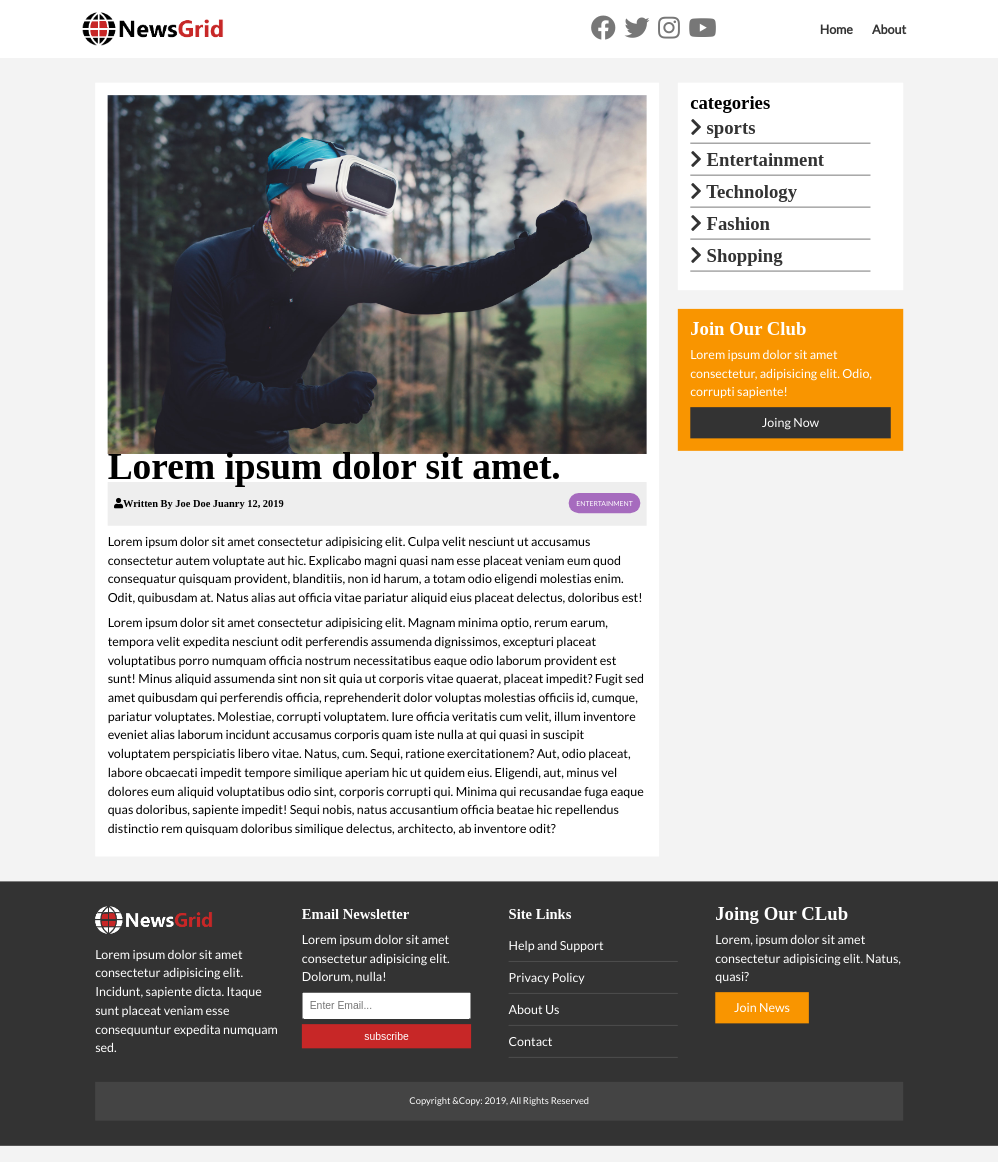
Repository: EswinGiova/NewsGrid
Page: article.html
These files come from the project's save history. The page is drawn as it stood at one moment and after the next save; the edit follows.
The browser window is 1280 px wide. The pictures show the whole page, at 78% of full size.
Some web libraries are served in a nearby version.

Above is the page before, as saved 2020-09-21 17:47:53.

### article.html
<!DOCTYPE html>
<html lang="en">
  <head>
    <meta charset="UTF-8" />
    <meta name="viewport" content="width=device-width, initial-scale=1.0" />
    <link rel="shortcut icon" type="image/x-icon" href="favicon.ico" />
    <link
      href="https://fonts.googleapis.com/css2?family=Lato&family=Staatliches&display=swap"
      rel="stylesheet"
    />
    <link rel="stylesheet" href="./css/style.css" />
    <link
      rel="stylesheet"
      media="screen and (max-width: 768px)"
      href="./css/mobile.css"
    />

    <link
      rel="stylesheet"
      href="https://cdnjs.cloudflare.com/ajax/libs/font-awesome/5.14.0/css/all.min.css"
      integrity="sha512-1PKOgIY59xJ8Co8+NE6FZ+LOAZKjy+KY8iq0G4B3CyeY6wYHN3yt9PW0XpSriVlkMXe40PTKnXrLnZ9+fkDaog=="
      crossorigin="anonymous"
    />

    <title>NewsGrid | Latest News</title>
  </head>
  <body>
    <nav id="main-nav">
      <div class="container">
        <img src="./image_resources/logo.png" alt="" class="logo" />
        <div class="social">
          <a href="#" target="_blank"><i class="fab fa-facebook fa-2x"></i></a>
          <a href="#" target="_blank"><i class="fab fa-twitter fa-2x"></i></a>
          <a href="#" target="_blank"><i class="fab fa-instagram fa-2x"></i></a>
          <a href="#" target="_blank"><i class="fab fa-youtube fa-2x"></i></a>
        </div>
        <ul>
          <li><a href="./index.html">Home</a></li>
          <li><a href="./about.html">About </a></li>
        </ul>
      </div>
    </nav>

    <section id="article">
      <div class="container">
        <div class="page-container">
          <article class="card">
            <img src="./image_resources/articles/ent1.jpg" alt="" />
            <h1 class="l-heading">Lorem ipsum dolor sit amet.</h1>
            <div class="meta">
              <small>
                <i class="fas fa-user">Written By Joe Doe Juanry 12, 2019</i>
              </small>
              <div class="category category-ent">Entertainment</div>
            </div>
            <p>
              Lorem ipsum dolor sit amet consectetur adipisicing elit. Culpa
              velit nesciunt ut accusamus consectetur autem voluptate aut hic.
              Explicabo magni quasi nam esse placeat veniam eum quod consequatur
              quisquam provident, blanditiis, non id harum, a totam odio
              eligendi molestias enim. Odit, quibusdam at. Natus alias aut
              officia vitae pariatur aliquid eius placeat delectus, doloribus
              est!
            </p>
            <p>
              Lorem ipsum dolor sit amet consectetur adipisicing elit. Magnam
              minima optio, rerum earum, tempora velit expedita nesciunt odit
              perferendis assumenda dignissimos, excepturi placeat voluptatibus
              porro numquam officia nostrum necessitatibus eaque odio laborum
              provident est sunt! Minus aliquid assumenda sint non sit quia ut
              corporis vitae quaerat, placeat impedit? Fugit sed amet quibusdam
              qui perferendis officia, reprehenderit dolor voluptas molestias
              officiis id, cumque, pariatur voluptates. Molestiae, corrupti
              voluptatem. Iure officia veritatis cum velit, illum inventore
              eveniet alias laborum incidunt accusamus corporis quam iste nulla
              at qui quasi in suscipit voluptatem perspiciatis libero vitae.
              Natus, cum. Sequi, ratione exercitationem? Aut, odio placeat,
              labore obcaecati impedit tempore similique aperiam hic ut quidem
              eius. Eligendi, aut, minus vel dolores eum aliquid voluptatibus
              odio sint, corporis corrupti qui. Minima qui recusandae fuga eaque
              quas doloribus, sapiente impedit! Sequi nobis, natus accusantium
              officia beatae hic repellendus distinctio rem quisquam doloribus
              similique delectus, architecto, ab inventore odit?
            </p>
          </article>
          <aside id="categories" class="card">
            <h2>
              categories
              <ul class="list">
                <li>
                  <a href="#"><i class="fas fa-chevron-right"></i> sports </a>
                </li>
                <li>
                  <a href="#"
                    ><i class="fas fa-chevron-right"></i> Entertainment
                  </a>
                </li>
                <li>
                  <a href="#"
                    ><i class="fas fa-chevron-right"></i> Technology
                  </a>
                </li>
                <li>
                  <a href="#"><i class="fas fa-chevron-right"></i> Fashion </a>
                </li>
                <li>
                  <a href="#"><i class="fas fa-chevron-right"></i> Shopping </a>
                </li>
              </ul>
            </h2>
          </aside>
          <aside class="card bg-secondary">
            <h2>Join Our Club</h2>
            <p>
              Lorem ipsum dolor sit amet consectetur, adipisicing elit. Odio,
              corrupti sapiente!
            </p>
            <a href="#" class="btn btn-dark btn-block">Joing Now</a>
          </aside>
        </div>
      </div>
    </section>

    <!-- footer -->
    <footer id="main-footer" class="py-2">
      <div class="container footer-container">
        <div>
          <img src="./image_resources/logo_light.png" alt="news" />
          <p>
            Lorem ipsum dolor sit amet consectetur adipisicing elit. Incidunt,
            sapiente dicta. Itaque sunt placeat veniam esse consequuntur
            expedita numquam sed.
          </p>
        </div>
        <div>
          <h3>Email Newsletter</h3>
          <p>
            Lorem ipsum dolor sit amet consectetur adipisicing elit. Dolorum,
            nulla!
          </p>
          <form>
            <input type="email" placeholder="Enter Email..." />
            <input type="submit" value="subscribe" class="btn btn-primary" />
          </form>
        </div>
        <div>
          <h3>Site Links</h3>
          <ul class="list">
            <li><a href="#">Help and Support</a></li>
            <li><a href="#">Privacy Policy</a></li>
            <li><a href="#">About Us</a></li>
            <li><a href="#">Contact</a></li>
          </ul>
        </div>
        <div>
          <h2>Joing Our CLub</h2>
          <p>
            Lorem, ipsum dolor sit amet consectetur adipisicing elit. Natus,
            quasi?
          </p>
          <a href="#" class="btn btn-secondary">Join News</a>
        </div>
        <div>
          <p>Copyright &Copy: 2019, All Rights Reserved</p>
        </div>
      </div>
    </footer>
  </body>
</html>

### css/style.css
:root {
  --primary-color: #c72727;
  --secondary-color: #f99500;
  --light-color: #f3f3f3;
  --dark-color: #333;
  --max-width: 1100px;
}

.category {
  --sports-color: #f99500;
  --ent-color: #a66bbe;
  --tech-color: #009cff;
}
* {
  margin: 0;
  padding: 0;
  box-sizing: border-box;
}
body {
  font-family: 'Lato';
  line-height: 1.5;
  background: var(--light-color);
}

a {
  color: var(--dark-color);
  text-decoration: none;
}

ul {
  list-style: none;
}
p {
  margin: 0.5rem 0;
}

img {
  width: 100%;
}

h1,
h2,
h3,
h4,
h5,
h6 {
  font-family: 'Staaliches', cursive;
  margin-bottom: 0.55rem;
  line-height: 1.3rem;
}

/*  utility class */

.container {
  max-width: var(--max-width);
  margin: auto;
  padding: 0 2rem;
  overflow: hidden;
}

/* category */

.category {
  display: inline-block;
  color: #fff;
  font-size: 0.55rem;
  text-transform: uppercase;
  padding: 0.4rem 0.6rem;
  border-radius: 15px;
  margin-bottom: 0.5rem;
}

.category-sports {
  background: var(--sports-color);
}
.category-ent {
  background: var(--ent-color);
}
.category-tech {
  background: var(--tech-color);
}

/* btn */

.btn {
  display: inline-block;
  border: none;
  background: var(--dark-color);
  color: #fff;
  padding: 0.5rem 1.5rem;
}

.btn-light {
  background: var(--light-color);
}
.btn-primary {
  background: var(--primary-color);
}
.btn-secondary {
  background: var(--secondary-color);
}
.btn:hover {
  opacity: 0.8;
}

.btn-block {
  display: block;
  width: 100%;
  text-align: center;
}

/* cards */

.card {
  background: white;
  padding: 1rem;
}

.bg-dark {
  background: var(--dark-color);
  color: white;
}
.bg-primary {
  background: var(--primary-color);
  color: white;
}
.bg-secondary {
  background: var(--secondary-color);
  color: #fff;
}
.py-1 {
  padding: 1.5rem 0;
}
.py-2 {
  padding: 2rem 0;
}
.py-3 {
  padding: 3rem 0;
}
.p-1 {
  padding: 1.5rem;
}
.p-2 {
  padding: 2rem;
}
.p-3 {
  padding: 3rem;
}

.l-heading {
  font-size: 3rem;
}

.bg-dark h1,
.bg-dark h2,
.bg-dark h3,
.bg-dark a,
.bg-primary h1,
.bg-primary h2,
.bg-primary h3,
.bg-primary a,
.bg-secondary h1,
.bg-secondary h2,
.bg-secondary h3,
.bg-secondary a {
  color: #fff;
}

.list li {
  padding: 0.5rem 0;
  border-bottom: 1px solid #555;
  width: 90%;
}
.list li a:hover {
  color: var(--primary-color) !important;
}

/* inner page container */
.page-container {
  display: grid;
  grid-template-columns: 5fr 2fr;
  margin: 2rem 0;
  grid-gap: 1.5rem;
}
.page-container > *:first-child {
  grid-row: 1 / span 3;
}

/* Navigation */
#main-nav {
  background: #fff;
  position: sticky;
  top: 0;
  z-index: 2;
}

#main-nav .container {
  display: grid;
  grid-template-columns: 6fr 3fr 2fr;
  padding: 1rem;
  align-items: center;
}

#main-nav .logo {
  width: 180px;
}

#main-nav ul {
  display: flex;
  justify-self: end;
}

#main-nav ul li a {
  padding: 0.77rem;
  font-weight: bold;
}

#main-nav ul li .current {
  background: var(--primary-color);
  color: white;
}

#main-nav ul li .current:hover {
  background: var(--light-color);
  color: var(--dark-color);
}
#main-nav .social {
  justify-self: center;
}

#main-nav .social i {
  color: #777;
  margin-left: 0.5rem;
}

/* showcase */
#showcase {
  background: #333;
  color: #fff;
  position: relative;
}

#showcase:before {
  content: '';
  background: url('../image_resources/featured.jpg') center center/cover;
  position: absolute;
  top: 0;
  left: 0;
  width: 100%;
  height: 100%;
  opacity: 0.4;
}
#showcase .showcase-container {
  height: 50vh;
  display: grid;
  grid-template-columns: repeat(2, 1fr);
  justify-content: center;
  align-content: center;
}
#showcase .showcase-container .showcase-content {
  z-index: 2;
  text-align: justify;
}
#showcase .showcase-container .showcase-content p {
  margin: 1rem 0;
}
/* Home Articles  */

#home-articles .articles-container {
  display: grid;
  grid-template-columns: repeat(3, 1fr);
  grid-gap: 1rem;
}

#home-articles .articles-container > *:first-child,
#home-articles .articles-container > *:last-child {
  display: grid;
  grid-template-columns: repeat(2, 1fr);
  grid-column: 1 / span 2;
  grid-gap: 1rem;
  align-items: center;
}
#home-articles .articles-container > *:last-child {
  grid-column: 2 / span 2;
}

#article .meta {
  display: flex;
  justify-content: space-between;

  align-items: center;
  background: #eee;
  padding: 0.5rem;
}

#article .meta .category {
  margin-top: 0.4rem;
}

/* footer */
#main-footer {
  background: var(--dark-color);
  color: #fff;
}

#main-footer img {
  width: 150px;
}

#main-footer a {
  color: #fff;
}

#main-footer .footer-container {
  display: grid;
  grid-template-columns: repeat(4, 1fr);
  grid-gap: 1.5rem;
}

#main-footer .footer-container > *:last-child {
  grid-column: 1 / span 4;
  text-align: center;
  background: #444;

  font-size: 0.75rem;
  padding: 0.5rem;
}

#main-footer .footer-container input[type='email'] {
  width: 90%;
  padding: 0.5rem;
  margin-bottom: 0.4rem;
}

#main-footer .footer-container input[type='submit'] {
  width: 90%;
}

/* about our page  */

Loaded but not shown: css/mobile.css (no copy from this time; the picture is the same without it)

After the next save:
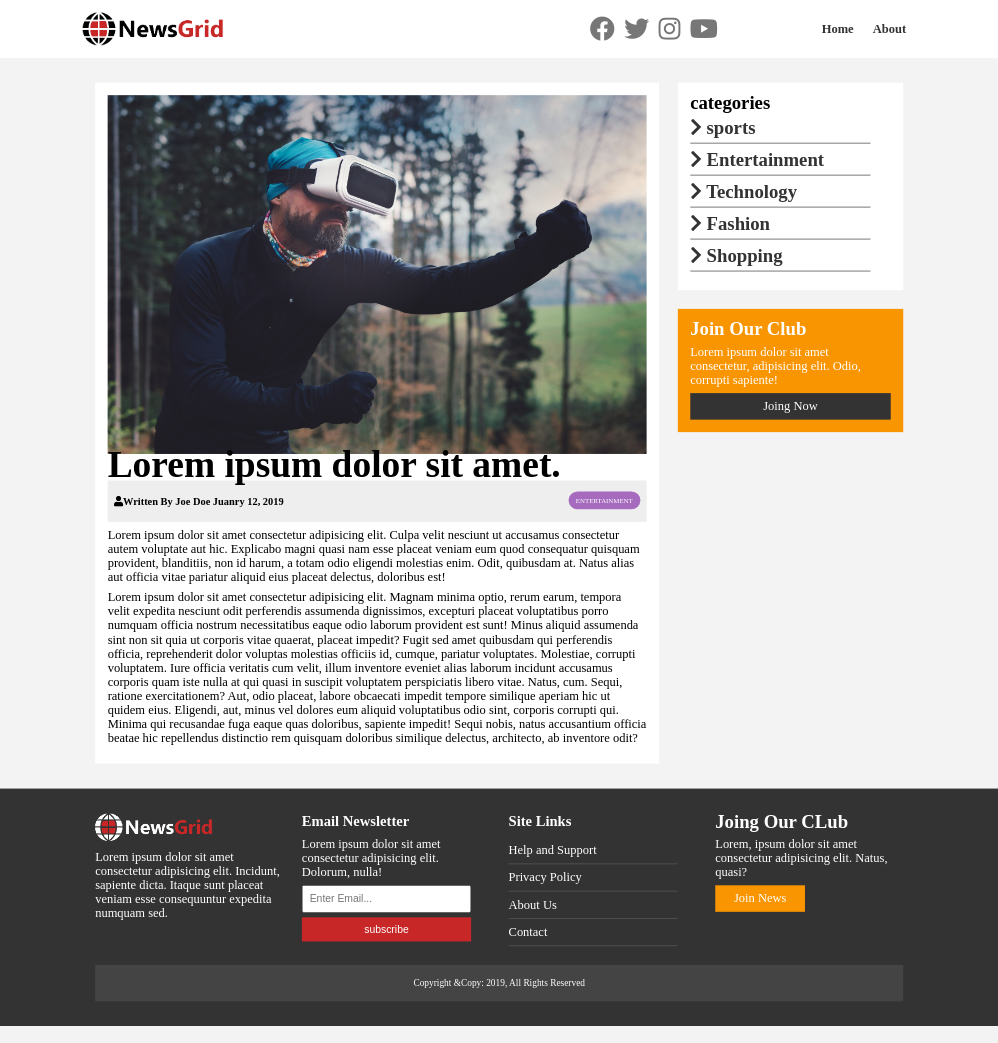
Saved 14 s later.
--- a/css/style.css
+++ b/css/style.css
@@ -17,7 +17,7 @@
   box-sizing: border-box;
 }
 body {
-  font-family: 'Lato';
+  font-family: 'Courier New', Courier, monospace
   line-height: 1.5;
   background: var(--light-color);
 }
